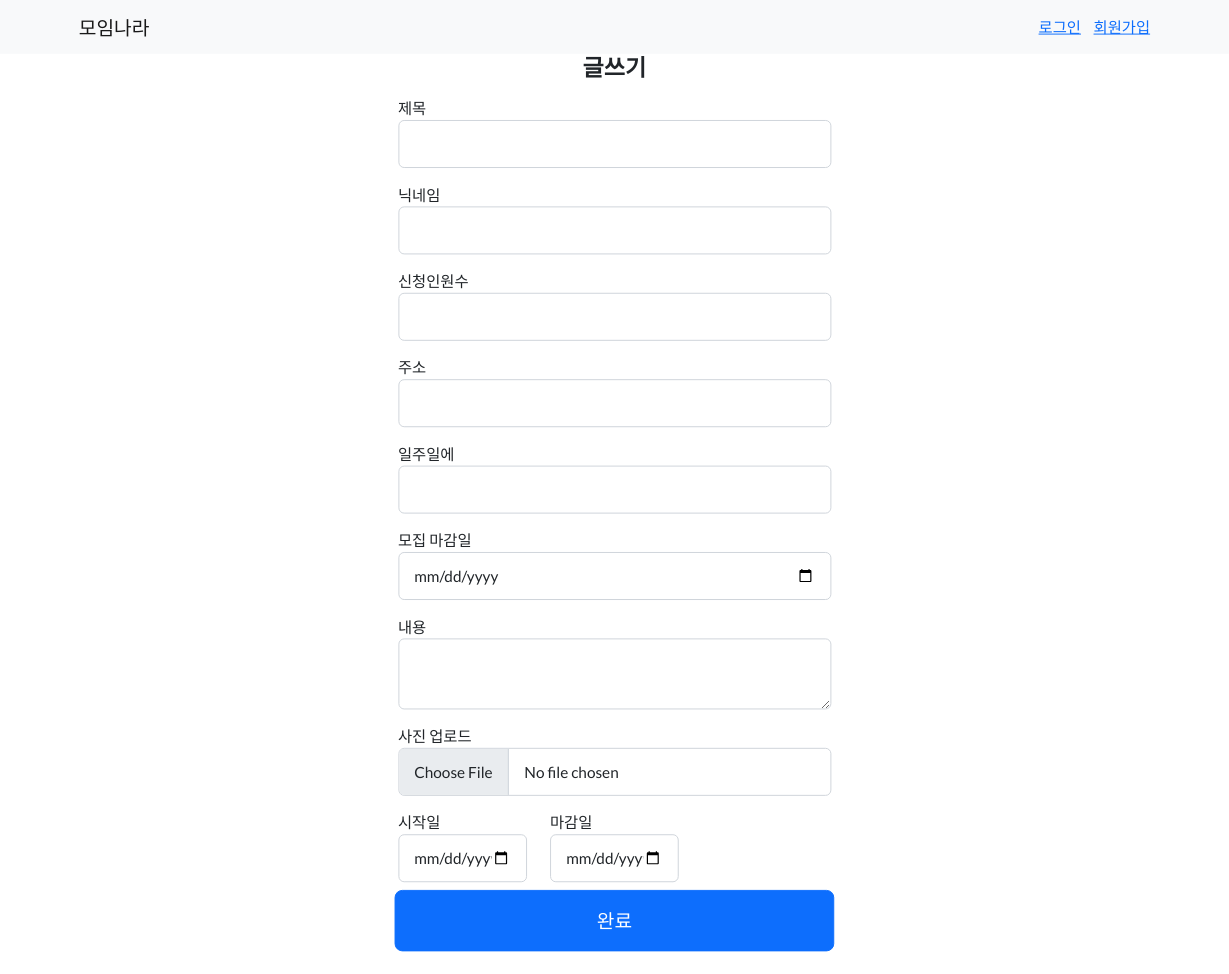
Repository: cmg9707/Devfox-spring-project
Page: http://localhost/DevJUS/WEB-INF/views/JUS/view.jsp
The author's editor kept a copy of each file at every save. The page is drawn from the files as they stood at one save, then again after the next save.
The browser window is 1280 px wide. The pictures show the whole page, at 96% of full size.
The page is served by Tomcat 9. Nobody is signed in. Other server files are loaded and not shown. The template is opened directly, without the code that normally fills it, so the values that code supplies are empty.

Above is the page before, as saved 2023-04-10 06:17:23.

### DevJUS/src/main/webapp/WEB-INF/views/JUS/view.jsp
<%@ page language="java" contentType="text/html; charset=UTF-8"
    pageEncoding="UTF-8"%>
<!DOCTYPE html>
<html>
<head>
<meta charset="UTF-8">
	    <meta charset="utf-8" />
		<!-- Bootstrap ! -->
  		<link href="https://cdn.jsdelivr.net/npm/bootstrap@5.3.0-alpha3/dist/css/bootstrap.min.css" rel="stylesheet" integrity="sha384-KK94CHFLLe+nY2dmCWGMq91rCGa5gtU4mk92HdvYe+M/SXH301p5ILy+dN9+nJOZ" crossorigin="anonymous">
        <script src="https://cdn.jsdelivr.net/npm/bootstrap@5.3.0-alpha3/dist/js/bootstrap.bundle.min.js" integrity="sha384-ENjdO4Dr2bkBIFxQpeoTz1HIcje39Wm4jDKdf19U8gI4ddQ3GYNS7NTKfAdVQSZe" crossorigin="anonymous"></script>
        <!-- Google fonts-->
        <link href="https://fonts.googleapis.com/css?family=Lato:300,400,700,300italic,400italic,700italic" rel="stylesheet" type="text/css" />
        <!-- Core theme CSS (includes Bootstrap)-->
        <link rel="stylesheet" href="/resources/css/styles.css">
<title>Insert title here</title>
</head>
<body>
	<!-- Navigation-->
	<nav class="navbar navbar-light bg-light static-top">
	<div class="container">
		<a class="navbar-brand" href="index">모임나라</a>
		<div>
			<a href="login" style="margin: 10px;">로그인</a>
			<a href="join">회원가입</a>
		</div>
     </div>
</nav>
	<div class="container-sm" >
		<div class="row">
			<div class="col-md-12 mx-auto">
				<h4 class="mb-3" style="text-align: center;">글쓰기</h4>
				<form class="writing" name="writing" action="writing" method="post" enctype="multipart/form-data"
					onsubmit="return sendit()">
					<div class="row d-flex justify-content-center">
						<div class="col-md-5 mb-3" id="user_id1">
							<label for="board_title">제목</label>
							<input type="text" class="form-control" id="board_title"  name="board_title"
								 value="" >

						</div>
					</div>
					<div class="row d-flex justify-content-center">
						<div class="col-md-5 mb-3">
								<label for="user_name">닉네임</label>
								<input type="text"
									class="form-control" id="user_name" name ="user_name" value="${user.user_name }" readonly="readonly" value="">
							</div>
					</div>
					<div class="row d-flex justify-content-center">
						<div class="col-md-5 mb-3">
							<label for="board_limit">신청인원수</label>
							<input type="text"class="form-control" size="15" id="board_limit" name="board_limit" value=""
							 >

						</div>
					</div>

					<div class="row d-flex justify-content-center">
						<div class="col-md-5 mb-3">
							<label for="board_address">주소</label>
							<input type="text"class="form-control" size="15" id="board_address" name="board_address" value="">

						</div>
					</div>

					<div class="row d-flex justify-content-center">
						<div class="col-md-5 mb-3">
							<label for="board_days">일주일에</label>
							<input type="text"class="form-control" size="15" id="board_days" name="board_days" value="">
						</div>
					</div>

					<div class="row d-flex justify-content-center">
						<div class="col-md-5 mb-3">
							<label for="board_end">모집 마감일</label>
							<input type="date"class="form-control" size="15" id="board_end" name="board_end" value="">

						</div>
					</div>

					<div class="row d-flex justify-content-center">
						<div class="col-md-5 mb-3">
							<label for="board_content">내용</label>
							<textarea class="form-control"  id="board_content" name="board_content" ></textarea>
						</div>
					</div>

					<div class="row d-flex justify-content-center">
						<div class="col-md-5 mb-3">
							<label for="board_poto">사진 업로드</label>
							<input type="file"class="form-control"  id="board_poto" name="board_poto" value="">
						</div>
					</div>


					<div class="row d-flex justify-content-center" >
						<div class="col-md-5 mb-2">
						<div class="row">
							<div class="col-md-4">
							<label for="board_period_start">시작일</label>
							<input type="date" class="form-control" id="board_period_start" name="board_period_start" value="" >
							</div>

							<div class="col-md-4">
							<label for="board_period_end">마감일</label>
							<input type="date" class="form-control" id="board_period_end" name="board_period_end" value="" >
							</div>
							</div>
						</div>
					</div>

					<div class="mb-4" style="text-align: center;">
					<button   class="btn btn-primary btn-lg btn-block" style="width: 41%;">완료</button>
						</div>
				</form>
			</div>
		</div>
	</div>

</body>
</html>

Loaded but not shown: DevJUS/src/main/webapp/resources/css/styles.css (library)

After the next save:
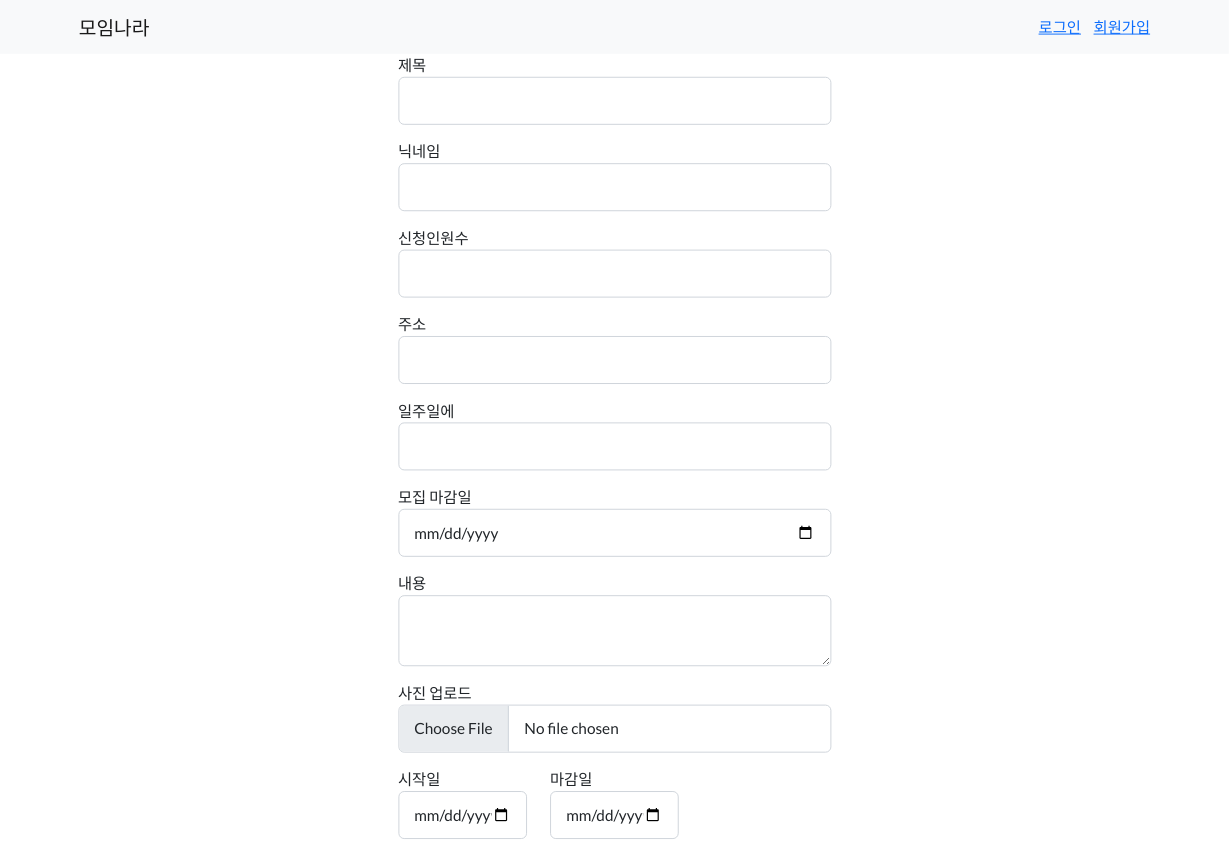
Saved 61 s later.
--- a/DevJUS/src/main/webapp/WEB-INF/views/JUS/view.jsp
+++ b/DevJUS/src/main/webapp/WEB-INF/views/JUS/view.jsp
@@ -28,9 +28,8 @@
 	<div class="container-sm" >
 		<div class="row">
 			<div class="col-md-12 mx-auto">
-				<h4 class="mb-3" style="text-align: center;">글쓰기</h4>
-				<form class="writing" name="writing" action="writing" method="post" enctype="multipart/form-data"
-					onsubmit="return sendit()">
+
+
 					<div class="row d-flex justify-content-center">
 						<div class="col-md-5 mb-3" id="user_id1">
 							<label for="board_title">제목</label>
@@ -109,10 +108,7 @@
 						</div>
 					</div>
 
-					<div class="mb-4" style="text-align: center;">
-					<button   class="btn btn-primary btn-lg btn-block" style="width: 41%;">완료</button>
-						</div>
-				</form>
+
 			</div>
 		</div>
 	</div>
